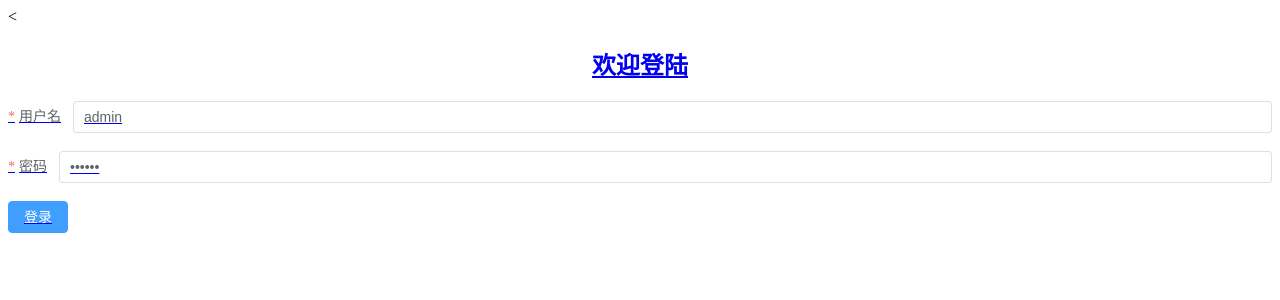
Repository: GJmofeng/ChroDiseaseRMSystem
Page: / (app in uichrdisease/)
The author's editor kept a copy of each file at every save. The page is drawn from the files as they stood at one save, then again after the next save.
The browser window is 1280 px wide. The pictures show the whole page.
The project was rebuilt for these pictures with package versions that can differ from the ones it lists, and the page was loaded fresh each time. Also part of the build but not shown: uichrdisease/vite.config.js.

Above is the page before, as saved 2025-04-23 20:12:50.

After the next save:
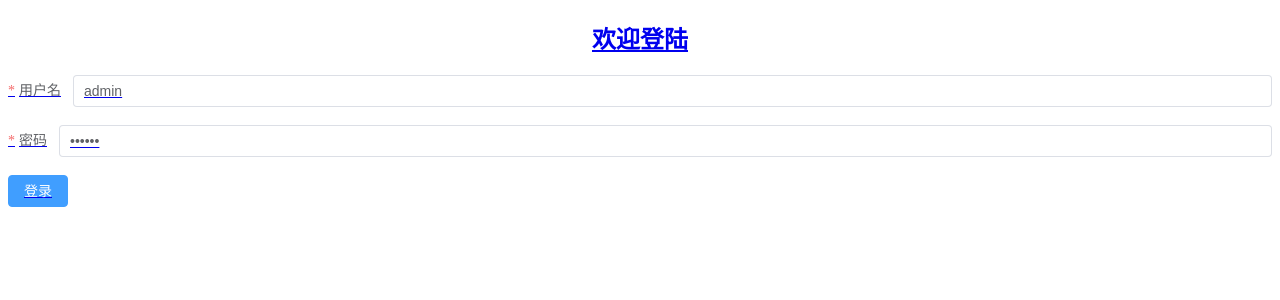
Saved 14 s later.
--- a/uichrdisease/src/App.vue
+++ b/uichrdisease/src/App.vue
@@ -1,5 +1,5 @@
 <template>
-  <div><<router-link >
+  <div><router-link >
     <router-view />
 
   </router-link></div>
